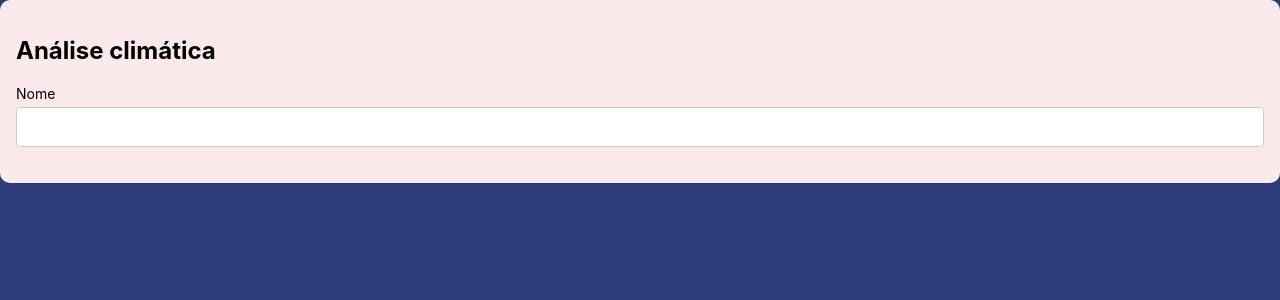
Repository: yurilemos/climate-check
Page: /
An editor plug-in stored every save of this project. The page is shown before and after the next save, followed by the edit.
The browser window is 1280 px wide. The pictures show the whole page.
The project was rebuilt for these pictures with package versions that can differ from the ones it lists, and the page was loaded fresh each time. Also part of the build but not shown: src/pages/notFound/index.jsx.

Above is the page before, as saved 2023-05-19 16:37:43.

### src/App.js
import "./global.css";
import { Router } from "./router";

function App() {
  return <Router />;
}

export default App;

### src/global.css
body {
  background-color: #2F3C7E;
}

### src/router/index.jsx
import React from 'react';
import { BrowserRouter, Routes, Route } from 'react-router-dom';
import { Home } from '../pages/home';
import { NotFound } from '../pages/notFound';


export const Router = () => {
  return (
    <BrowserRouter>
      <Routes>
        <Route path="/" element={<Home />} />
        <Route path="*" element={<NotFound />} />
      </Routes>
    </BrowserRouter>
  );
};

### src/pages/home/index.jsx
import React from "react";
import CustomInput from "../../components/custumInput";
import Card from "../../components/card";


export const Home = () => {

  return (
    <Card>
      <h2>Análise climática</h2>
      <CustomInput/>

    </Card>
  );
};

### src/components/custumInput/index.jsx
import React from 'react';
import './style.css'

const CustomInput = ({type,label}) => {
  return (
    <div className="custom-input">
      <label htmlFor="custom-input">Nome</label>
      <input id="custom-input" type="text" />
    </div>
  );
};

export default CustomInput;

### src/components/card/index.jsx
import React from 'react';
import './style.css'

const Card = ({children}) => {
  return (
    <div className="card-component">
      {children}
    </div>
  );
};

export default Card;

### src/components/custumInput/style.css
.custom-input {
  display: flex;
  flex-direction: column;
  margin-bottom: 20px;
}

.custom-input label {
  font-size: 14px;
  margin-bottom: 5px;
}

.custom-input input {
  padding: 10px;
  border: 1px solid #ccc;
  border-radius: 4px;
  font-size: 16px;
}

### src/components/card/style.css
.card-component {
  padding: 1rem;
  background-color: #FBEAEB;
  border-radius: 10px;
  box-shadow: 0 0 10px rgba(0, 0, 0, 0.1);
}

Loaded but not shown: public/index.html (common file); src/index.js (common file); src/index.css (common file); src/reportWebVitals.js (common file)

After the next save:
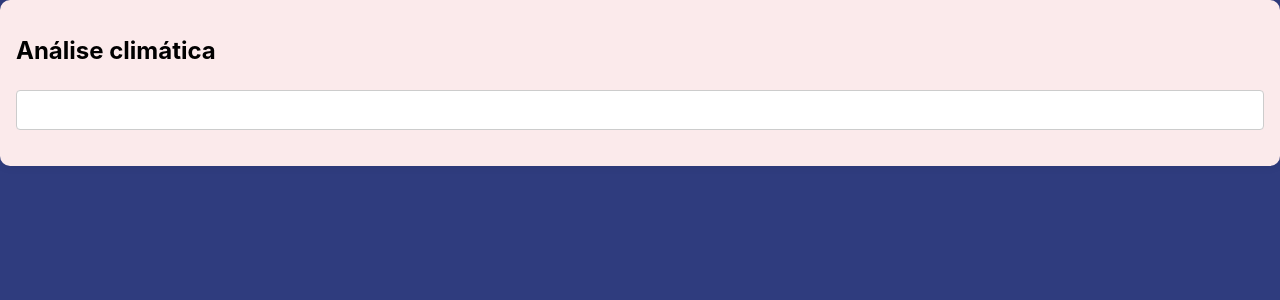
Saved 2 s later.
--- a/src/components/custumInput/index.jsx
+++ b/src/components/custumInput/index.jsx
@@ -4,8 +4,8 @@ import './style.css'
 const CustomInput = ({type,label}) => {
   return (
     <div className="custom-input">
-      <label htmlFor="custom-input">Nome</label>
-      <input id="custom-input" type="text" />
+      <label htmlFor="custom-input">{label}</label>
+      <input id="custom-input" type={type ?? 'input'} />
     </div>
   );
 };

After the save that followed:
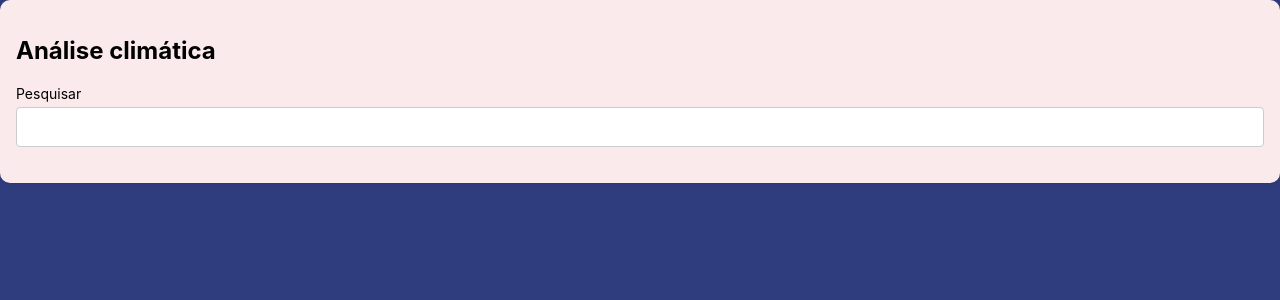
Saved 30 s later.
--- a/src/pages/home/index.jsx
+++ b/src/pages/home/index.jsx
@@ -8,7 +8,7 @@ export const Home = () => {
   return (
     <Card>
       <h2>Análise climática</h2>
-      <CustomInput/>
+      <CustomInput label="Pesquisar" type="search"/>
 
     </Card>
   );
